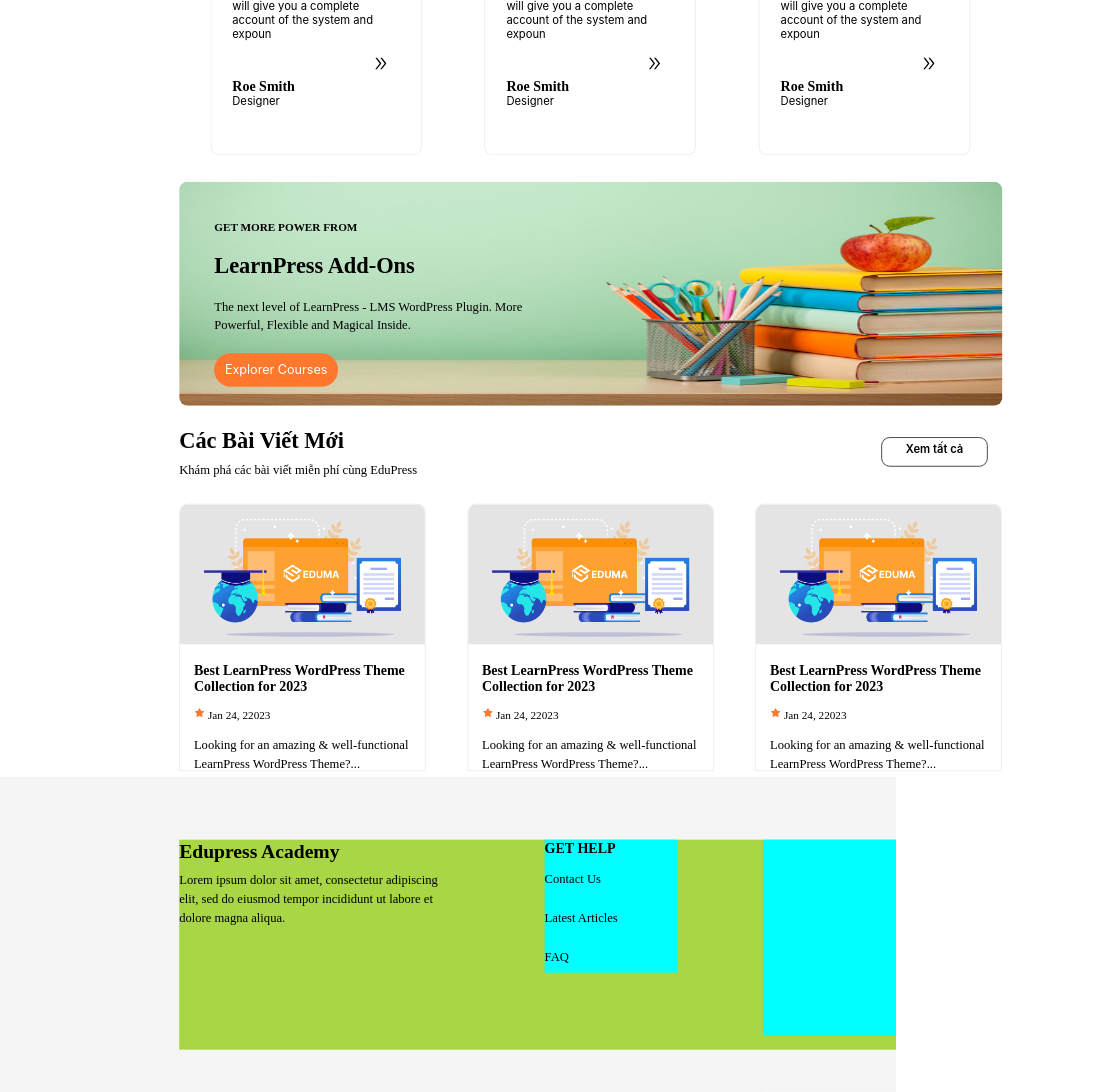
Repository: hieu1802/WebsiteEdupress
Page: / (app in my-app/)
The author's editor kept a copy of each file at every save. The page is drawn from the files as they stood at one save, then again after the next save.
The browser window is 1280 px wide. The page is 1600 px wide, so the pictures cover 1600 px, including what lies to the right of the window. The pictures show the part of the page from y = 4251 to 5811 px (the page is 5811 px tall), at 70% of full size.
The project was rebuilt for these pictures with package versions that can differ from the ones it lists, and the page was loaded fresh each time. Also part of the build but not shown: my-app/src/App.css.

Above is the page before, as saved 2024-08-08 12:32:11.

After the next save:
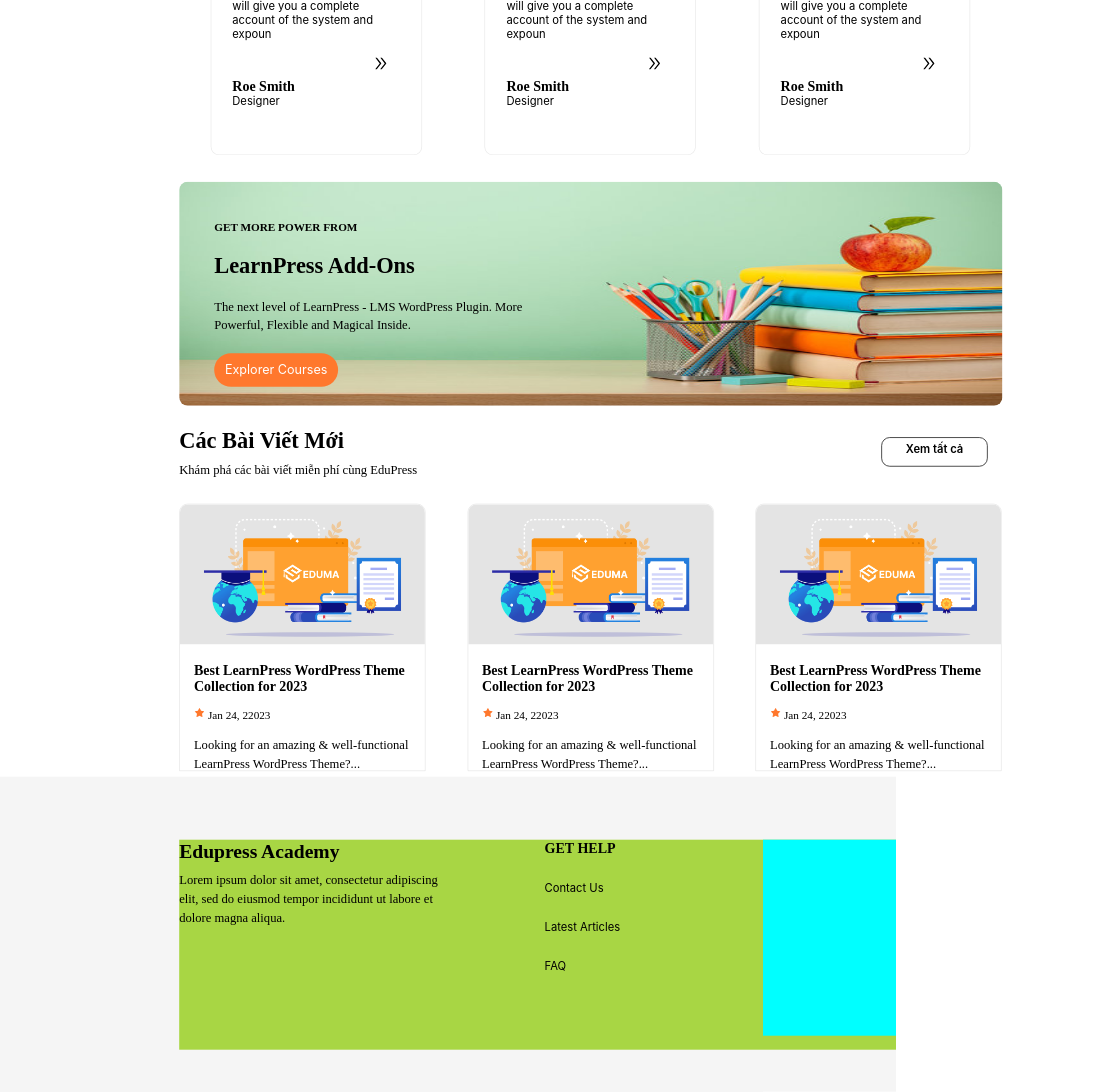
Saved 2 min 57 s later.
--- a/my-app/src/Components/HomePage/HomePage.css
+++ b/my-app/src/Components/HomePage/HomePage.css
@@ -722,7 +722,6 @@
 .footerHelp{
     width: 190px;
     height: 190px;
-    background-color: aqua;
     display: flex;
     flex-direction: column;
     justify-content: space-between;
@@ -736,7 +735,7 @@
     text-align: left;
 }
 
-.footerHelp > p{
+.footerHelp > a{
     font-family: Jost;
     font-size: 18px;
     font-weight: 500;
@@ -748,4 +747,7 @@
     width: 190px;
     height: 280px;
     background-color: aqua;
-}
+    display: flex;
+    flex-direction: column;
+    justify-content: space-between;
+}
